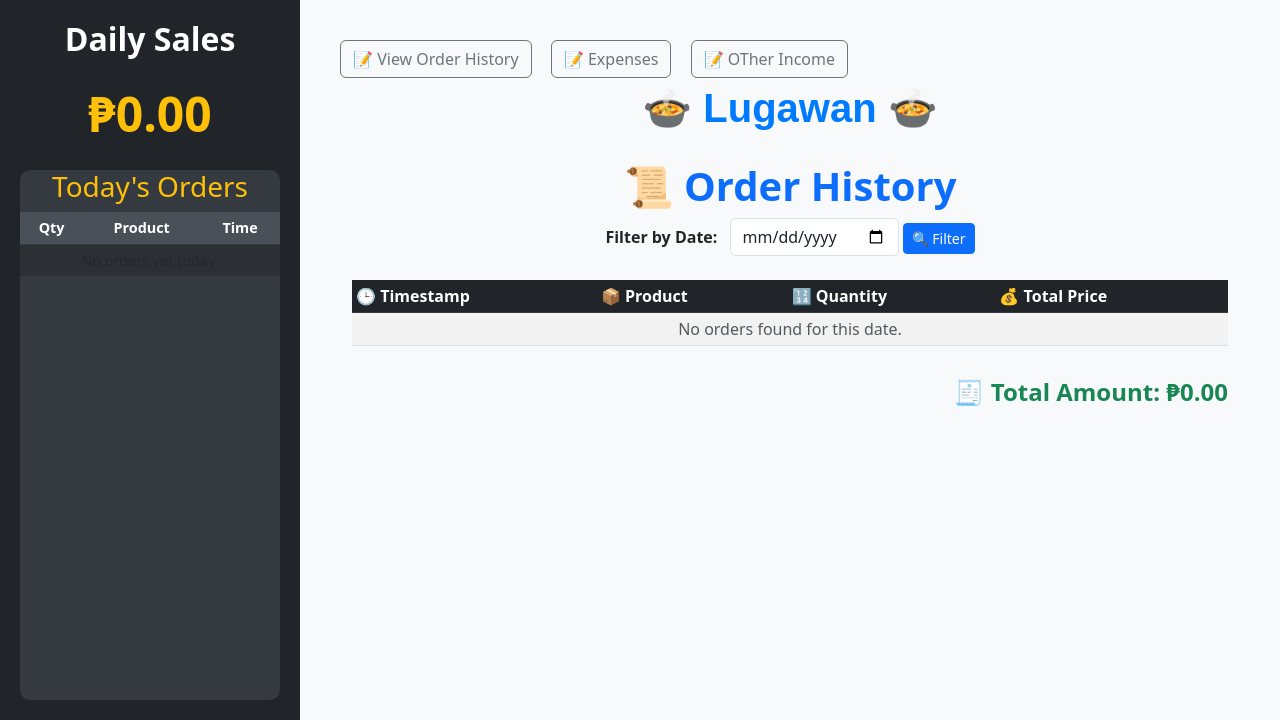
Repository: Jijiluzana225/lugawan_pitlane
Page: http://localhost/order-history/
These files come from the project's save history. The page is drawn as it stood at one moment and after the next save; the edit follows.
The browser window is 1280 px wide. The pictures show the whole page.
The page is served by the project's application, run on Django 5.2 (manage.py). Other server files are loaded and not shown. Queries for data that is not in the repository find no rows.

Above is the page before, as saved 2025-03-07 08:52:33.

### pos/templates/pos/order_history.html
{% extends 'pos/base.html' %}

{% block title %}Order History - Lugaw Cafe{% endblock %}

{% block content %}
<div class="container mt-4">
    <h1 class="text-center text-primary fw-bold">📜 Order History</h1>

    <!-- Date Filter Form -->
    <form method="get" action="{% url 'order_history' %}" class="text-center mb-4">
        <label for="date" class="fw-bold me-2">Filter by Date:</label>
        <input type="date" name="date" id="date" value="{{ selected_date }}" class="form-control d-inline-block w-auto">
        <button type="submit" class="btn btn-primary btn-sm">🔍 Filter</button>
    </form>

    <!-- Orders Table -->
    <div class="table-responsive" style="max-height: 500px; overflow-y: auto;">
        <table class="table table-striped table-hover table-sm">
            <thead class="table-dark position-sticky top-0">
                <tr>
                    <th>🕒 Timestamp</th>
                    <th>📦 Product</th>
                    <th>🔢 Quantity</th>
                    <th>💰 Total Price</th>
                </tr>
            </thead>
            <tbody>
                {% for order in orders %}
                    <tr>
                        <td>{{ order.datetimestamp|date:"Y-m-d H:i:s" }}</td>
                        <td>{{ order.product.name }}</td>
                        <td>{{ order.quantity }}</td>
                        <td>₱{{ order.product.price|floatformat:2 }}</td>
                    </tr>
                {% empty %}
                    <tr>
                        <td colspan="4" class="text-center text-muted">No orders found for this date.</td>
                    </tr>
                {% endfor %}
            </tbody>
        </table>
    </div>

    <!-- Total Amount Section -->
    <div class="text-end mt-3">
        <h4 class="text-success fw-bold">🧾 Total Amount: ₱{{ total_amount|floatformat:2 }}</h4>
    </div>
</div>
{% endblock %}

### pos/templates/pos/base.html
<!DOCTYPE html>
<html lang="en">
<head>
    <meta charset="UTF-8">
    <meta name="viewport" content="width=device-width, initial-scale=1.0">
    <title>{% block title %}Lugaw Cafe POS{% endblock %}</title>

    <!-- Bootstrap CSS -->
    <link href="https://cdnjs.cloudflare.com/ajax/libs/bootstrap/5.3.0/css/bootstrap.min.css" rel="stylesheet">

    <style>
        /* General Styles */
        body {
            display: flex;
            min-height: 100vh;
            background-color: #f8f9fa;
            flex-direction: column;
        }

        /* Sidebar Styles */
        .sidebar {
            width: 100%;
            max-width: 320px;
            background: #212529;
            color: #fff;
            padding: 20px;
            display: flex;
            flex-direction: column;
        }

        .sidebar h2 {
            font-size: 2rem;
            text-align: center;
            margin-bottom: 20px;
            font-weight: bold;
        }

        .total-orders {
            font-size: 3rem;
            font-weight: bold;
            color: #ffc107;
            text-align: center;
        }

        /* Orders Table Styles */
        .orders-table {
            margin-top: 20px;
            background: #343a40;
            border-radius: 10px;
            padding: 0;
            overflow: hidden;
            display: flex;
            flex-direction: column;
            flex-grow: 1;
        }

        .scrollable-table {
            overflow-y: auto;
            flex-grow: 1;
            max-height: calc(100vh - 300px); /* Leaves room for header & total */
            margin-bottom: 20px;
        }

        .scrollable-table table {
            width: 100%;
            font-size: 0.9rem;
        }

        .scrollable-table th,
        .scrollable-table td {
            text-align: center;
            padding: 5px;
        }

        .scrollable-table thead th {
            position: sticky;
            top: 0;
            background: #495057;
            z-index: 1;
        }

        /* Main Content Styles */
        .main-content {
            flex: 1;
            padding: 20px;
        }

        nav a {
            margin-right: 15px;
            text-decoration: none;
            color: #212529;
            font-weight: bold;
        }

        .header-link {
            font-size: 2.5rem;
            font-family: 'Arial', sans-serif;
            color: #007bff;
            text-decoration: none;
            text-align: center;
            display: block;
            font-weight: bold;
        }

        /* Catalog & Product Styles */
        .catalog {
            display: flex;
            flex-wrap: wrap;
            gap: 20px;
            justify-content: center;
        }

        .product {
            border: 1px solid #ccc;
            padding: 15px;
            width: 200px;
            text-align: center;
            background-color: #ffffff;
            border-radius: 12px;
            box-shadow: 0 4px 12px rgba(0, 0, 0, 0.1);
            transition: transform 0.2s ease-in-out, box-shadow 0.2s ease-in-out;
        }

        .product:hover {
            transform: scale(1.05);
            box-shadow: 0 8px 16px rgba(0, 0, 0, 0.15);
        }

        .product h3 {
            margin: 0;
            font-size: 1.2rem;
            color: #212529;
        }

        .product p {
            margin: 5px 0;
        }

        .btn-add {
            background-color: #28a745;
            color: white;
            border: none;
            padding: 8px 12px;
            border-radius: 8px;
            transition: background-color 0.2s ease-in-out;
        }

        .btn-add:hover {
            background-color: #218838;
        }

        /* Responsive Design for Tablet Screens */
        @media (min-width: 768px) {
            body {
                flex-direction: row;
            }

            .sidebar {
                width: 300px;
            }

            .main-content {
                padding: 40px;
            }
        }
    </style>
</head>
<body>

    <!-- Sidebar with total orders and order table -->
    <div class="sidebar">
        <h2>Daily Sales</h2>
        <div class="total-orders">
            ₱{{ total_sales|default:"0.00" }}
        </div>

        <div class="orders-table">
            <h3 class="text-center text-warning">Today's Orders</h3>

            <div class="scrollable-table">
                <table class="table table-dark table-striped">
                    <thead>
                        <tr>
                            <th>Qty</th>
                            <th>Product</th>
                            <th>Time</th>
                        </tr>
                    </thead>
                    <tbody>
                        {% for order in todays_orders %}
                            <tr>
                                <td>{{ order.quantity }}</td>
                                <td>{{ order.product.name }}</td>
                                <td>{{ order.datetimestamp|time:"h:i A" }}</td>
                            </tr>
                        {% empty %}
                            <tr>
                                <td colspan="3" class="text-center text-muted">No orders yet today.</td>
                            </tr>
                        {% endfor %}
                    </tbody>
                </table>
            </div>
        </div>
    </div>

    <!-- Main Content Area -->
    <div class="main-content">
        <nav>
            <a href="{% url 'order_history' %}" class="btn btn-outline-secondary">📝 View Order History</a>
            <a href="{% url 'expense_list' %}" class="btn btn-outline-secondary ">📝 Expenses</a>
            <a href="{% url 'other_income_list' %}" class="btn btn-outline-secondary ">📝 OTher Income</a>
        </nav>

        <a href="{% url 'catalog' %}" class="header-link">🍲 Lugawan 🍲</a>

        {% block content %}{% endblock %}
    </div>

</body>
</html>

### pos/views.py

from django.shortcuts import render
from django.db.models import Sum, F
from django.utils.timezone import activate, localtime, now
from datetime import date
from .models import Product, OrderItem, Category

def catalog(request):
    # Set timezone to Philippines
    activate('Asia/Manila')

    # Get today's date in local timezone
    local_now = localtime(now())
    local_today = local_now.date()

    # Calculate total sales for the day from OrderItem model
    total_sales = OrderItem.objects.filter(
        datetimestamp__date=local_today
    ).annotate(
        total_price=F('product__price') * F('quantity')  # Calculate total price per item
    ).aggregate(
        total=Sum('total_price')
    )['total'] or 0

    # Fetch categories
    categories = Category.objects.prefetch_related('product_set').all()

    # Fetch today's orders, ensuring timestamps are converted to local time
    todays_orders = OrderItem.objects.filter(
        datetimestamp__date=local_today
    ).select_related('product').order_by('-datetimestamp')

    return render(request, 'pos/catalog.html', {
        'categories': categories,
        'total_sales': total_sales,
        'todays_orders': todays_orders
    })

from django.shortcuts import redirect, get_object_or_404
from django.utils.timezone import now
from .models import Product, OrderItem

def add_to_order(request):
    if request.method == 'POST':
        product_id = request.POST.get('product_id')
        quantity = int(request.POST.get('quantity', 1))  # Get quantity, default to 1 if missing
        product = get_object_or_404(Product, id=product_id)

        # Always create a new OrderItem record with the provided quantity
        OrderItem.objects.create(
            product=product,
            quantity=quantity,
            datetimestamp=now()
        )

    return redirect('catalog')


from django.shortcuts import render
from django.db.models import Sum, F
from django.utils.timezone import now
from datetime import date
from .models import Product, OrderItem

def menu(request):
    categories = Product.objects.select_related('category').all()

    # Calculate total sales for the day from OrderItem model
    today = date.today()
    total_sales = OrderItem.objects.filter(
        datetimestamp__date=today
    ).annotate(
        total_price=F('product__price') * F('quantity')  # Calculate total price per item
    ).aggregate(
        total=Sum('total_price')
    )['total'] or 0

    return render(request, 'pos/catalog.html', {
        'categories': categories,
        'total_sales': total_sales
    })

from django.shortcuts import render
from django.utils.timezone import now
from .models import OrderItem

def order_history(request):
    # Get date from request (if provided), otherwise default to today
    selected_date = request.GET.get('date', now().date())

    # Filter and order OrderItem by the selected date and newest first
    orders = OrderItem.objects.filter(datetimestamp__date=selected_date).order_by('-datetimestamp')

    # Calculate total sales amount
    total_amount = sum(order.product.price * order.quantity for order in orders)

    context = {
        'orders': orders,
        'selected_date': selected_date,
        'total_amount': total_amount,
    }
    return render(request, 'pos/order_history.html', context)


from django.shortcuts import render
from .models import Expense, OtherIncome
from django.utils.timezone import localtime, now


# def expense_list(request):
#     local_now = localtime(now())
#     expenses = Expense.objects.all().order_by('-datetimestamp')
#     return render(request, 'pos/expenses.html', {'expenses': expenses, 'current_time': local_now})


# def other_income_list(request):
#     local_now = localtime(now())
#     other_income = OtherIncome.objects.all().order_by('-datetimestamp')
#     return render(request, 'pos/other_income.html', {'other_income': other_income, 'current_time': local_now})


from django.shortcuts import render, redirect, get_object_or_404
from .models import Expense
from .forms import ExpenseForm
from django.utils.timezone import localtime, now


def expense_list(request):
    local_now = localtime(now())
    expenses = Expense.objects.all().order_by('-datetimestamp')
    return render(request, 'pos/expenses.html', {'expenses': expenses, 'current_time': local_now})


def add_expense(request):
    if request.method == 'POST':
        form = ExpenseForm(request.POST)
        if form.is_valid():
            form.save()
            return redirect('expense_list')
    else:
        form = ExpenseForm()
    return render(request, 'pos/expense_form.html', {'form': form})


def edit_expense(request, expense_id):
    expense = get_object_or_404(Expense, id=expense_id)
    if request.method == 'POST':
        form = ExpenseForm(request.POST, instance=expense)
        if form.is_valid():
            form.save()
            return redirect('expense_list')
    else:
        form = ExpenseForm(instance=expense)
    return render(request, 'pos/expense_form.html', {'form': form})


def delete_expense(request, expense_id):
    expense = get_object_or_404(Expense, id=expense_id)
    if request.method == 'POST':
        expense.delete()
        return redirect('expense_list')


from django.shortcuts import render, redirect, get_object_or_404
from .models import Expense, OtherIncome
from .forms import ExpenseForm, OtherIncomeForm
from django.utils.timezone import localtime, now


# Other Income Views
def other_income_list(request):
    local_now = localtime(now())
    other_income = OtherIncome.objects.all().order_by('-datetimestamp')
    return render(request, 'pos/other_income.html', {'other_income': other_income, 'current_time': local_now})


def add_other_income(request):
    if request.method == 'POST':
        form = OtherIncomeForm(request.POST)
        if form.is_valid():
            form.save()
            return redirect('other_income_list')
    else:
        form = OtherIncomeForm()
    return render(request, 'pos/other_income_form.html', {'form': form})


def edit_other_income(request, income_id):
    income = get_object_or_404(OtherIncome, id=income_id)
    if request.method == 'POST':
        form = OtherIncomeForm(request.POST, instance=income)
        if form.is_valid():
            form.save()
            return redirect('other_income_list')
    else:
        form = OtherIncomeForm(instance=income)
    return render(request, 'pos/other_income_form.html', {'form': form})


def delete_other_income(request, income_id):
    income = get_object_or_404(OtherIncome, id=income_id)
    if request.method == 'POST':
        income.delete()
        return redirect('other_income_list')

### lugaw_pos/urls.py
from django.contrib import admin
from django.urls import path, include

urlpatterns = [
    path('admin/', admin.site.urls),
    path('', include('pos.urls')),
]

### pos/urls.py
from django.urls import path
from . import views

urlpatterns = [
    path('menu/', views.menu, name='menu'),

    path('', views.catalog, name='catalog'),  # New catalog page
    path('add-to-order/', views.add_to_order, name='add_to_order'),  # New URL for adding to order
    path('order-history/', views.order_history, name='order_history'),

    path('expenses/', views.expense_list, name='expense_list'),
    path('expenses/add/', views.add_expense, name='add_expense'),
    path('expenses/edit/<int:expense_id>/', views.edit_expense, name='edit_expense'),
    path('expenses/delete/<int:expense_id>/', views.delete_expense, name='delete_expense'),

    path('other-income/', views.other_income_list, name='other_income_list'),
    path('other-income/add/', views.add_other_income, name='add_other_income'),
    path('other-income/edit/<int:income_id>/', views.edit_other_income, name='edit_other_income'),
    path('other-income/delete/<int:income_id>/', views.delete_other_income, name='delete_other_income'),

]

After the next save:
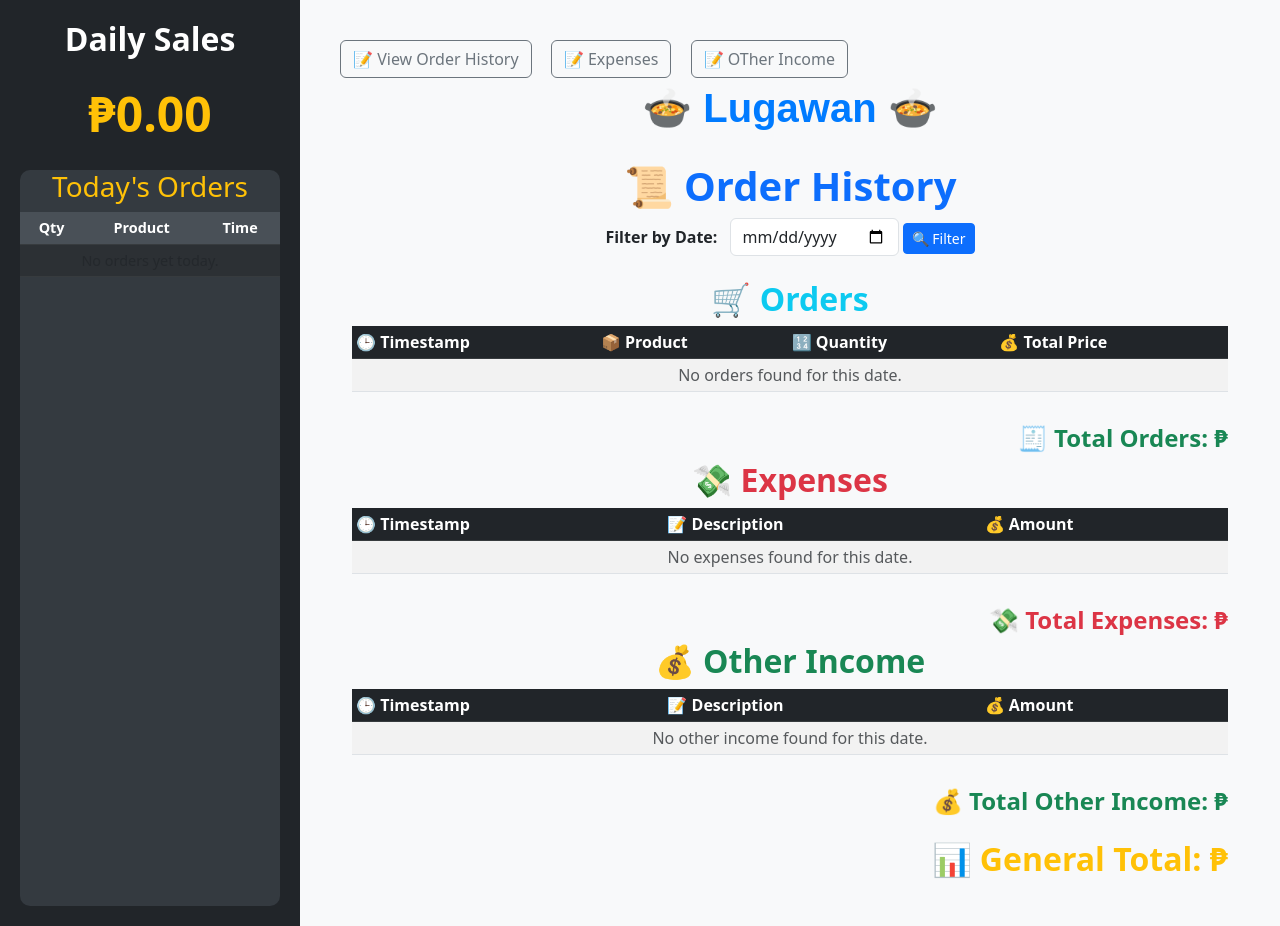
Saved 7 min 8 s later.
--- a/pos/templates/pos/order_history.html
+++ b/pos/templates/pos/order_history.html
@@ -14,7 +14,8 @@
     </form>
 
     <!-- Orders Table -->
-    <div class="table-responsive" style="max-height: 500px; overflow-y: auto;">
+    <div class="table-responsive" style="max-height: 300px; overflow-y: auto;">
+        <h2 class="text-center text-info fw-bold">🛒 Orders</h2>
         <table class="table table-striped table-hover table-sm">
             <thead class="table-dark position-sticky top-0">
                 <tr>
@@ -30,7 +31,7 @@
                         <td>{{ order.datetimestamp|date:"Y-m-d H:i:s" }}</td>
                         <td>{{ order.product.name }}</td>
                         <td>{{ order.quantity }}</td>
-                        <td>₱{{ order.product.price|floatformat:2 }}</td>
+                        <td>₱{{ order.total_price|floatformat:2 }}</td>
                     </tr>
                 {% empty %}
                     <tr>
@@ -41,9 +42,75 @@
         </table>
     </div>
 
-    <!-- Total Amount Section -->
     <div class="text-end mt-3">
-        <h4 class="text-success fw-bold">🧾 Total Amount: ₱{{ total_amount|floatformat:2 }}</h4>
+        <h4 class="text-success fw-bold">🧾 Total Orders: ₱{{ total_orders|floatformat:2 }}</h4>
+    </div>
+
+    <!-- Expenses Table -->
+    <div class="table-responsive" style="max-height: 300px; overflow-y: auto;">
+        <h2 class="text-center text-danger fw-bold">💸 Expenses</h2>
+        <table class="table table-striped table-hover table-sm">
+            <thead class="table-dark position-sticky top-0">
+                <tr>
+                    <th>🕒 Timestamp</th>
+                    <th>📝 Description</th>
+                    <th>💰 Amount</th>
+                </tr>
+            </thead>
+            <tbody>
+                {% for expense in expenses %}
+                    <tr>
+                        <td>{{ expense.datetimestamp|date:"Y-m-d H:i:s" }}</td>
+                        <td>{{ expense.description }}</td>
+                        <td>₱{{ expense.amount|floatformat:2 }}</td>
+                    </tr>
+                {% empty %}
+                    <tr>
+                        <td colspan="3" class="text-center text-muted">No expenses found for this date.</td>
+                    </tr>
+                {% endfor %}
+            </tbody>
+        </table>
+    </div>
+
+    <div class="text-end mt-3">
+        <h4 class="text-danger fw-bold">💸 Total Expenses: ₱{{ total_expenses|floatformat:2 }}</h4>
+    </div>
+
+    <!-- Other Income Table -->
+    <div class="table-responsive" style="max-height: 300px; overflow-y: auto;">
+        <h2 class="text-center text-success fw-bold">💰 Other Income</h2>
+        <table class="table table-striped table-hover table-sm">
+            <thead class="table-dark position-sticky top-0">
+                <tr>
+                    <th>🕒 Timestamp</th>
+                    <th>📝 Description</th>
+                    <th>💰 Amount</th>
+                </tr>
+            </thead>
+            <tbody>
+                {% for income in other_income %}
+                    <tr>
+                        <td>{{ income.datetimestamp|date:"Y-m-d H:i:s" }}</td>
+                        <td>{{ income.description }}</td>
+                        <td>₱{{ income.amount|floatformat:2 }}</td>
+                    </tr>
+                {% empty %}
+                    <tr>
+                        <td colspan="3" class="text-center text-muted">No other income found for this date.</td>
+                    </tr>
+                {% endfor %}
+            </tbody>
+        </table>
+    </div>
+
+    <div class="text-end mt-3">
+        <h4 class="text-success fw-bold">💰 Total Other Income: ₱{{ total_other_income|floatformat:2 }}</h4>
+    </div>
+
+    <!-- General Total Section -->
+    <div class="text-end mt-4">
+        <h2 class="text-warning fw-bold">📊 General Total: ₱{{ general_total|floatformat:2 }}</h2>
     </div>
 </div>
 {% endblock %}
